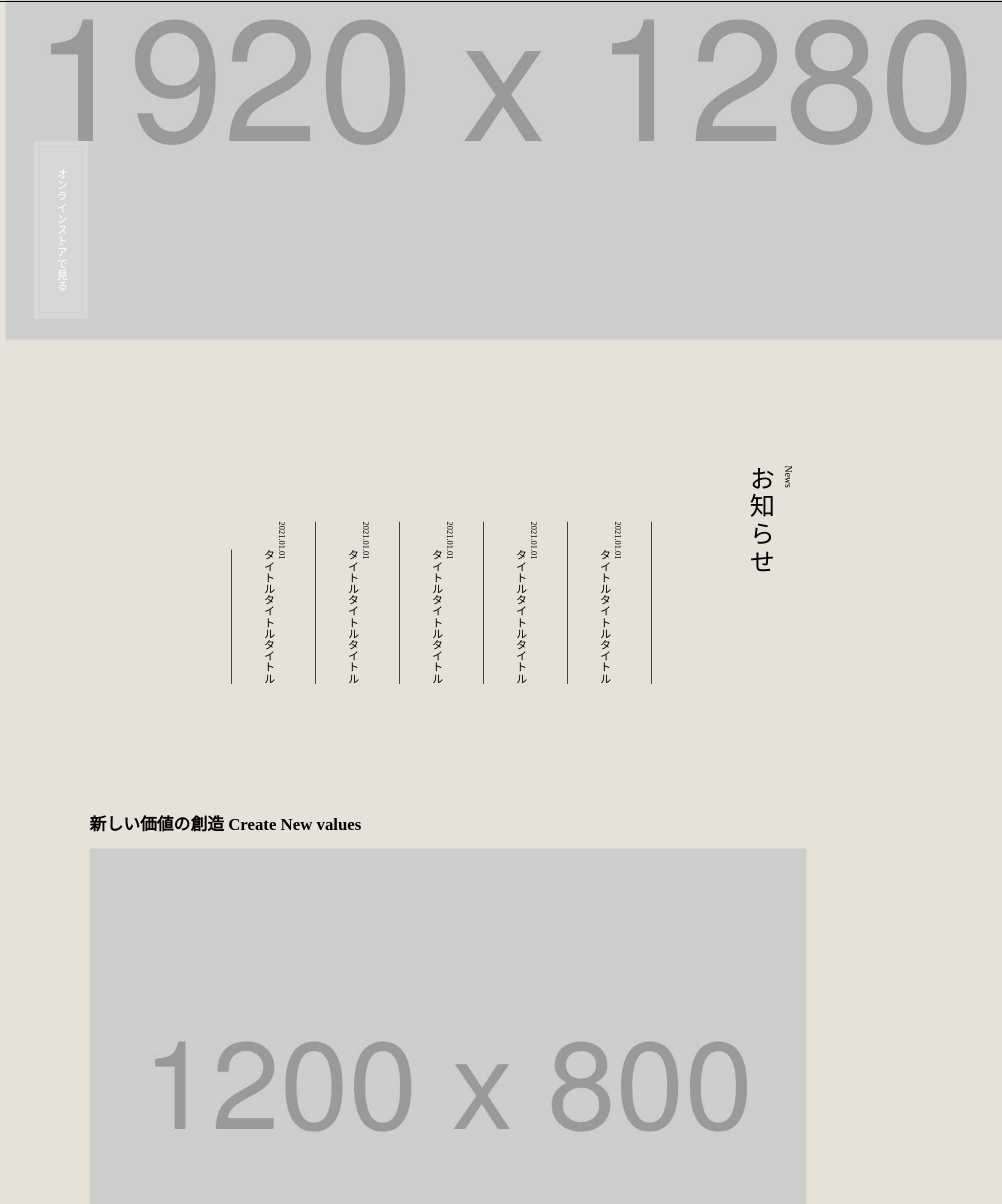
Repository: Fuki-san/wagashi
Page: http://localhost/wagashi
The author's editor kept a copy of each file at every save. The page is drawn from the files as they stood at one save, then again after the next save.
The browser window is 1280 px wide. The page is 1432 px wide, so the pictures cover 1432 px, including what lies to the right of the window. The pictures show the part of the page from y = 363 to 2083 px (the page is 3955 px tall), at 70% of full size.
The page is served by the project's Laravel application, run on PHP 8.4 with Laravel 10.

Above is the page before, as saved 2023-12-09 15:47:39.

After the next save:
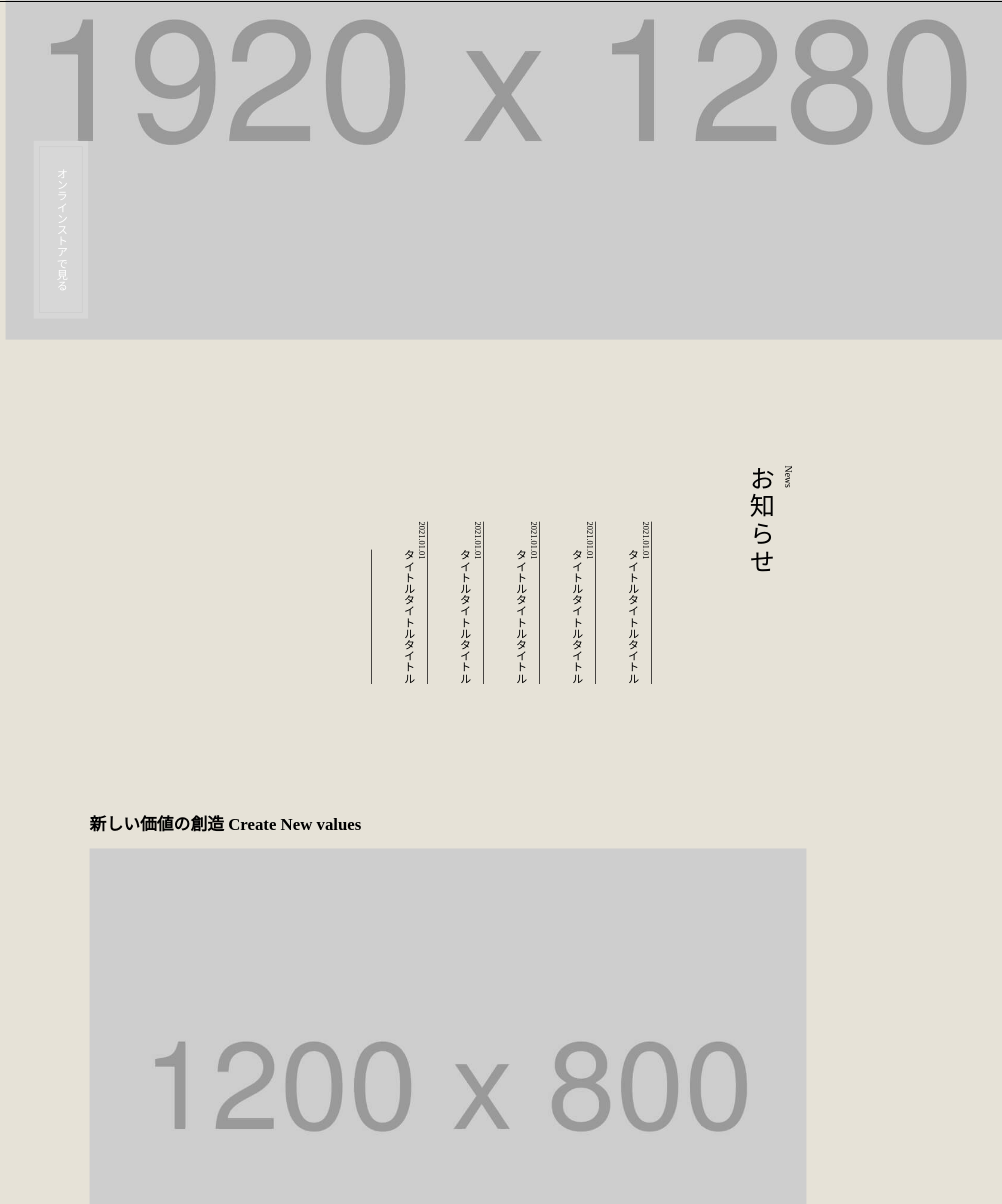
Saved 53 s later.
--- a/public/css/style.css
+++ b/public/css/style.css
@@ -118,9 +118,6 @@ li{
     padding-left: 40px;
 }
 
-#news .list dt{
-    padding-right: 40px;
-}
 #news .list dd:last-child{
     border-left: solid 1px #000;
 }
